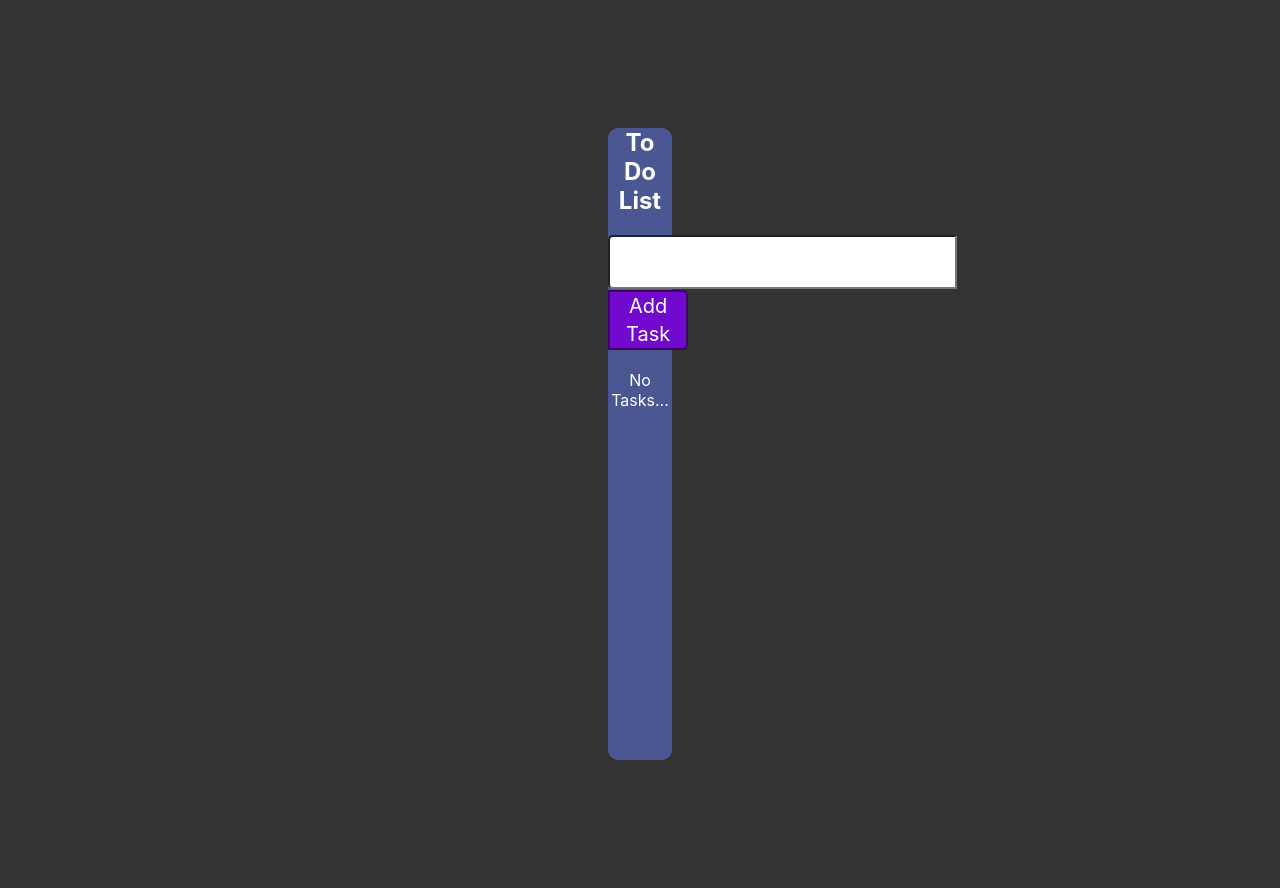
Repository: kirangautam45/ToDoList
Page: /
These files come from the project's save history. The page is drawn as it stood at one moment and after the next save; the edit follows.
The browser window is 1280 px wide. The pictures show the whole page.
The project was rebuilt for these pictures with package versions that can differ from the ones it lists, and the page was loaded fresh each time. Also part of the build but not shown: src/components/Update.js.

Above is the page before, as saved 2022-08-07 20:47:21.

After the next save:
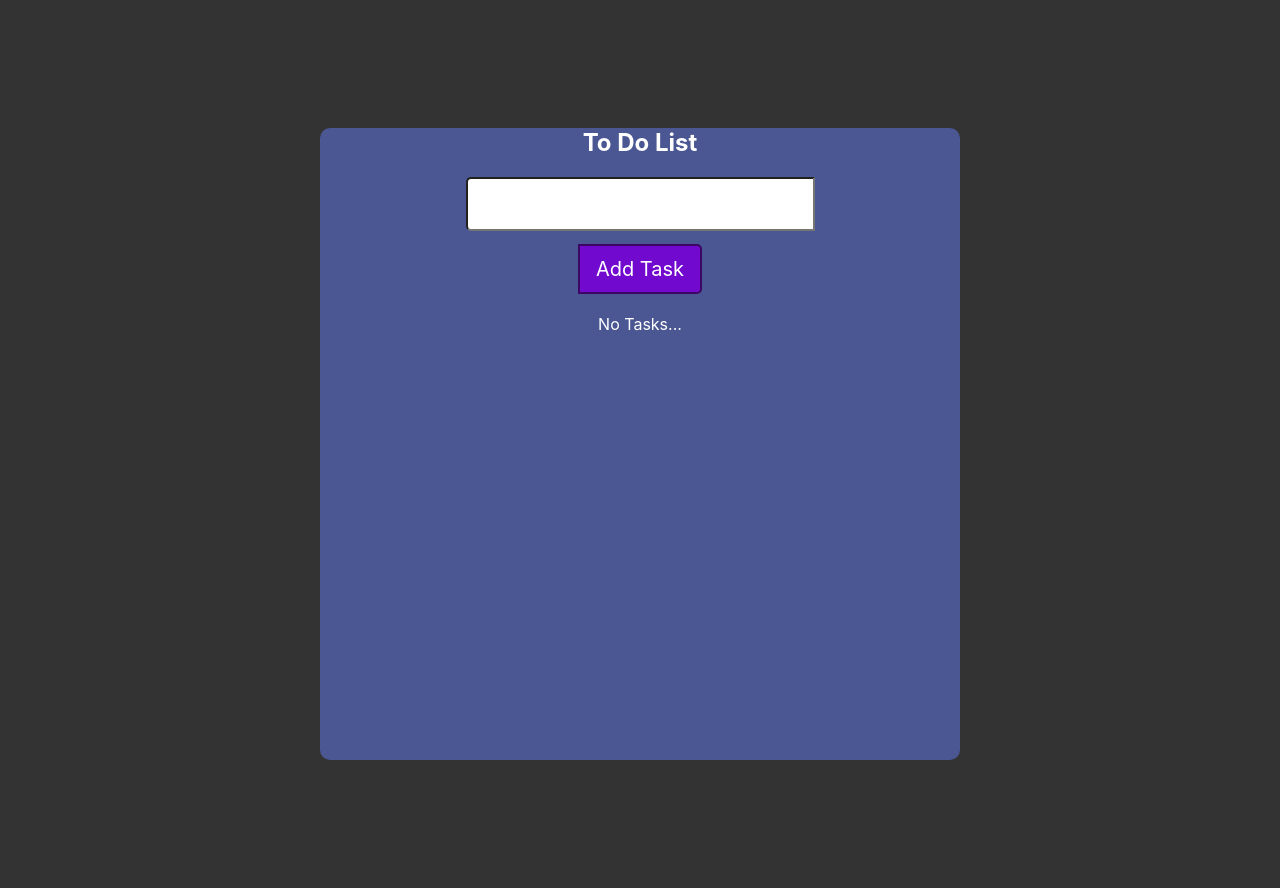
Saved 4 s later.
--- a/src/App.css
+++ b/src/App.css
@@ -7,7 +7,7 @@ body {
 
   flex-direction: column;
   justify-content: start;
-  width: 5%;
+  width: 50%;
   min-height: 600px;
   background: #4a5792;
   text-align: center;
